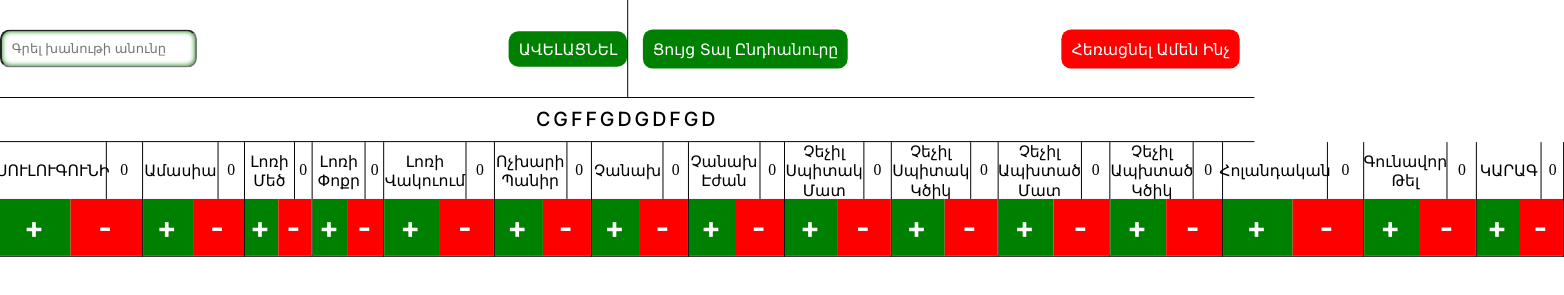
Repository: AbApin/amasia
Page: /
The author's editor kept a copy of each file at every save. The page is drawn from the files as they stood at one save, then again after the next save.
The browser window is 1280 px wide. The page is 1596 px wide, then 1280 px, so the pictures cover 1596 px, including what lies to the right of the window. The pictures show the whole page, at 98% of full size.
The project was rebuilt for these pictures with package versions that can differ from the ones it lists, and the page was loaded fresh each time. Also part of the build but not shown: vue.config.js.

Above is the page before, as saved 2023-02-03 12:00:14.

### public/index.html
<!DOCTYPE html>
<html lang="">
  <head>
    <meta charset="utf-8" />
    <meta http-equiv="X-UA-Compatible" content="IE=edge" />
    <meta name="viewport" content="width=device-width,initial-scale=1.0" />
    <link rel="icon" href="<%= BASE_URL %>favicon.ico" />
    <title><%= htmlWebpackPlugin.options.title %></title>
    <link
      href="https://fonts.googleapis.com/css?family=Inter:100,200,300,regular,500,600,700,800,900"
      rel="stylesheet"
    />
  </head>
  <body>
    <noscript>
      <strong
        >We're sorry but <%= htmlWebpackPlugin.options.title %> doesn't work properly without
        JavaScript enabled. Please enable it to continue.</strong
      >
    </noscript>
    <div id="app"></div>
    <!-- built files will be auto injected -->
  </body>
</html>

### src/main.js
import Vue from 'vue';
import App from './App.vue';
import store from './store';
store.subscribe((mutation, state) => {
  localStorage.setItem('xanutner', JSON.stringify(state.xanutner));
  localStorage.setItem('datarkXanutner', JSON.stringify(state.isEmpty));
});
Vue.config.productionTip = false;

new Vue({
  store,
  render: (h) => h(App),
}).$mount('#app');

### src/App.vue
<template>
  <div id="app">
    <div class="header">
      <div class="avelacnelXanut">
        <input type="text" class="avelacnelInput" placeholder="Գրել խանութի անունը">
        <button class="avelacnelBtn" @click="">Ավելացնել</button>
      </div>
      <div class="cuycTal">
        <button class="cuycTalBtn" @click="isClick = true">ցույց տալ ընդհանուրը</button>
        <button class="heracnelBtn" @click="REMOVEALL">հեռացնել ամեն ինչ</button>
      </div>
      <div v-show="isClick" class="endhanurQanak">
        <button @click="isClick = false" class="closeBtn">X</button>
        <div class="endhanurQanakInner" :class="!ISEMPTY ? 'ovAuto' : ''">
          <p v-if="ISEMPTY" class="noProducts">Ոչ մի ապրանք</p>
          <ul class="endhanurQanakiList">
            <li
              v-for="xanutiAnun in Object.keys(ZAKAZNER)"
              :key="xanutiAnun"
              class="endhanurQanakiListItem"
            >
              <p class="endhanurQanakiListItemXanutiAnun">{{ xanutiAnun }}</p>
              <ul class="endhanurApranqneriList">
                <li
                  v-for="endhanurApranq in ZAKAZNER[xanutiAnun]"
                  :key="endhanurApranq.anun"
                  class="endhanurApranqneriListItem"
                >
                  <p class="endhanurApranqneriListItemAnun">{{ endhanurApranq.anun }}</p>
                  <p class="endhanurApranqneriListItemQanak">{{ endhanurApranq.qanak }}</p>
                </li>
              </ul>
            </li>
          </ul>
        </div>
      </div>
    </div>
    <div class="content">
      <ul class="contentList">
        <li v-for="xanutiAnun in Object.keys(XANUTNER)" :key="xanutiAnun" class="contentItem">
          <p class="xanutiAnun">{{ xanutiAnun }}</p>
          <ul class="apranqneriList">
            <li
              v-for="(apranq, apranqiHamar) in XANUTNER[xanutiAnun]"
              :key="apranqiHamar"
              class="apranqneriListItem"
            >
              <div class="apranqiText">
                <p class="apranqiAnun">{{ apranq.anun }}</p>
                <p class="apranqiQanak">{{ apranq.qanak }}</p>
              </div>
              <div class="apranqiAvelPakas">
                <button class="plus apranqiBtn" @click="AVELACNEL({ xanutiAnun, apranqiHamar })">
                  +
                </button>
                <button class="minus apranqiBtn" @click="PAKASACNEL({ xanutiAnun, apranqiHamar })">
                  -
                </button>
              </div>
            </li>
          </ul>
        </li>
      </ul>
    </div>
  </div>
</template>

<script>
import { mapGetters, mapMutations } from 'vuex';
export default {
  name: 'App',
  components: {},
  data() {
    return {
      isClick: false,
    };
  },
  beforeMount() {
    this.INITIAL();
  },
  methods: {
    ...mapMutations(['AVELACNEL', 'PAKASACNEL', 'INITIAL', 'REMOVEALL']),
  },
  computed: {
    ...mapGetters(['XANUTNER', 'ZAKAZNER', 'ISEMPTY']),
  },
};
</script>

<style>
@import './app.css';
</style>

### src/store/index.js
import Vuex from 'vuex';
import Vue from 'vue';

Vue.use(Vuex);

const store = new Vuex.Store({
  state: {
    xanutner: {
      cgffgdgdfgd: [
        { anun: 'ՍՈՒԼՈՒԳՈՒՆԻ', qanak: 0 },
        { anun: 'Ամասիա', qanak: 0 },
        { anun: 'Լոռի մեծ', qanak: 0 },
        { anun: 'Լոռի փոքր', qanak: 0 },
        { anun: 'Լոռի վակուում', qanak: 0 },
        { anun: 'Ոչխարի Պանիր', qanak: 0 },
        { anun: 'Չանախ', qanak: 0 },
        { anun: 'Չանախ էժան', qanak: 0 },
        { anun: 'Չեչիլ սպիտակ մատ', qanak: 0 },
        { anun: 'Չեչիլ սպիտակ կծիկ', qanak: 0 },
        { anun: 'Չեչիլ ապխտած մատ', qanak: 0 },
        { anun: 'Չեչիլ ապխտած կծիկ', qanak: 0 },
        { anun: 'Հոլանդական', qanak: 0 },
        { anun: 'Գունավոր Թել', qanak: 0 },
        { anun: 'ԿԱՐԱԳ', qanak: 0 },
      ],
    },
    isEmpty: true,
  },
  mutations: {
    AVELACNEL_XANUT(state, payload) {
      if (payload === '') {
        state.xanutner[payload] = [
          { anun: 'ՍՈՒԼՈՒԳՈՒՆԻ', qanak: 0 },
          { anun: 'Ամասիա', qanak: 0 },
          { anun: 'Լոռի մեծ', qanak: 0 },
          { anun: 'Լոռի փոքր', qanak: 0 },
          { anun: 'Լոռի վակուում', qanak: 0 },
          { anun: 'Ոչխարի Պանիր', qanak: 0 },
          { anun: 'Չանախ', qanak: 0 },
          { anun: 'Չանախ էժան', qanak: 0 },
          { anun: 'Չեչիլ սպիտակ մատ', qanak: 0 },
          { anun: 'Չեչիլ սպիտակ կծիկ', qanak: 0 },
          { anun: 'Չեչիլ ապխտած մատ', qanak: 0 },
          { anun: 'Չեչիլ ապխտած կծիկ', qanak: 0 },
          { anun: 'Հոլանդական', qanak: 0 },
          { anun: 'Գունավոր Թել', qanak: 0 },
          { anun: 'ԿԱՐԱԳ', qanak: 0 },
        ];
      }
    },
    AVELACNEL(state, payload) {
      state.xanutner[payload.xanutiAnun][payload.apranqiHamar].qanak += 1;
    },
    PAKASACNEL(state, payload) {
      let qanak = state.xanutner[payload.xanutiAnun][payload.apranqiHamar].qanak;
      if (qanak >= 1) {
        state.xanutner[payload.xanutiAnun][payload.apranqiHamar].qanak -= 1;
      }
      console.log(state.$getters.ZAKAZNER);
    },
    INITIAL(state) {
      if (localStorage.getItem('xanutner')) {
        state.xanutner = JSON.parse(localStorage.xanutner);
      } else if (localStorage.getItem('datarkXanutner')) {
        state.isEmpty = JSON.parse(localStorage.datarkXanutner);
      }
    },
    REMOVEALL(state) {
      Object.keys(state.xanutner).forEach((xanut) => {
        state.xanutner[xanut].map((el) => {
          el.qanak = 0;
        });
      });
      state.isEmpty = true;
    },
  },
  getters: {
    XANUTNER(state) {
      localStorage.setItem('key', JSON.stringify(state));
      return state.xanutner;
    },
    ZAKAZNER(state) {
      let zakazner = {};
      Object.keys(state.xanutner).forEach((xanut) => {
        zakazner[xanut] = state.xanutner[xanut].filter(function (el) {
          return el.qanak > 0;
        });
        if (zakazner[xanut].length === 0) {
          delete zakazner[xanut];
        }
      });
      Object.keys(zakazner).forEach((zakaz) => {
        if (zakazner[zakaz].length === 0) {
          state.isEmpty = true;
        } else {
          state.isEmpty = false;
        }
      });

      return zakazner;
    },
    ISEMPTY(state) {
      return state.isEmpty;
    },
  },
});

export default store;

### src/app.css
*,
*::after,
*::before {
  margin: 0;
  padding: 0;
  box-sizing: border-box;
}
ul {
  list-style: none;
}
#app {
  display: flex;
  flex-direction: column;
  min-height: 100vh;
}
.header {
  display: flex;
  justify-content: space-between;
  width: 100%;
  height: 100px;
  border-bottom: 1px solid #000;
}
.avelacnelXanut {
  display: flex;
  justify-content: space-between;
  width: 50%;
  gap: 20px;
  align-items: center;
}
.avelacnelBtn {
  font-family: 'Inter';
  font-size: 16px;
  line-height: 1;
  text-transform: uppercase;
  border: none;
  padding: 10px;
  background: green;
  color: #fff;
  border-radius: 10px;
}
.avelacnelInput {
  padding: 10px;
  border-radius: 10px;
  outline: none;
  box-shadow: inset 0 0 5px green;
}
.contentList {
  display: flex;
  flex-direction: column;
}
.contentItem {
  display: flex;
  flex-direction: column;
  justify-content: space-between;
}
.xanutiAnun {
  display: flex;
  align-items: center;
  justify-content: center;
  width: 100%;
  font-family: 'Inter';
  font-size: 20px;
  font-weight: 500;
  letter-spacing: 3px;
  word-wrap: break-word;
  padding: 10px;
  border: 1px solid #000;
  border-top: 0;
  border-left: 0;
  border-right: 0;
  text-transform: uppercase;
}
.apranqneriList {
  width: 100%;
  display: flex;
  justify-content: space-between;
}
.apranqneriListItem {
  display: flex;
  flex-direction: column;
  flex: 1 1 0;
  border: 1px solid #000;
  border-top: 0;
  border-left: 0;
}
.apranqiText {
  display: flex;
  justify-content: space-between;
  align-items: center;
  height: 50%;
}
.apranqiAnun {
  display: flex;
  align-items: center;
  justify-content: center;
  font-family: 'Inter';
  font-size: 16px;
  font-weight: 500;
  word-wrap: break-word;
  text-align: center;
  width: 75%;
  border-right: 1px solid #000;
  height: 100%;
  padding: 10px 5px;
  text-transform: capitalize;
}
.apranqiQanak {
  display: flex;
  justify-content: center;
  align-items: center;
  width: 25%;
  height: 100%;
  padding: 10px 5px;
}
.apranqiAvelPakas {
  display: flex;
  justify-content: space-between;
  width: 100%;
  height: 50%;
}
.apranqiBtn {
  display: inline-flex;
  justify-content: center;
  align-items: center;
  font-family: 'Inter';
  font-size: 30px;
  font-weight: 700;
  letter-spacing: 3px;
  border: none;
  color: #fff;
  width: 50%;
  cursor: pointer;
}
.plus {
  background: green;
}
.minus {
  background: red;
}
.cuycTal {
  width: 50%;
  display: flex;
  align-items: center;
  justify-content: space-between;
  gap: 10px;
  padding: 15px;
  border-left: 1px solid #000;
}
.heracnelBtn,
.cuycTalBtn {
  display: inline-block;
  font-family: 'Inter';
  font-size: 16px;
  padding: 10px;
  border-radius: 10px;
  border: none;
  color: #fff;
  text-transform: capitalize;
  cursor: pointer;
  transition: all 0.3s linear;
}
.heracnelBtn {
  background: red;
}
.cuycTalBtn {
  background: green;
}

/* endahnur */
.endhanurQanak {
  display: flex;
  justify-content: center;
  align-items: center;
  position: fixed;
  z-index: 999;
  top: 0;
  left: 0;
  width: 100%;
  height: 100%;
  background-color: rgba(0, 0, 0, 0.7);
}
.endhanurQanakInner {
  width: 90%;
  height: 90%;
  background: #fff;
  box-shadow: 0 0 10px #fff;
  border-radius: 20px;
}
.ovAuto {
  overflow: auto;
}
.endhanurQanakiList {
  display: flex;
  flex-direction: column;
  justify-content: space-between;
  height: 100%;
}
.endhanurQanakiListItem {
  display: flex;
  align-items: center;
  flex: 1 1 0;
  border-bottom: 1px solid #000;
}
.endhanurQanakiListItem:last-child {
  border-bottom: none;
}
.endhanurQanakiListItemXanutiAnun {
  border-right: 1px solid #000;
  width: 10%;
  display: flex;
  align-items: center;
  justify-content: center;
  height: 100%;
  font-family: 'Inter';
  font-size: 18px;
  letter-spacing: 1px;
  text-transform: capitalize;
}
.endhanurApranqneriList {
  height: 100%;
  width: 90%;
  display: flex;
  flex-direction: column;
  justify-content: space-between;
  overflow: auto;
}
.endhanurApranqneriListItem {
  display: flex;
  gap: 10px;
  flex: 1 1 0;
  align-items: center;
  justify-content: flex-start;
  padding: 10px;
  border-bottom: 1px solid #000;
}
.endhanurApranqneriListItem:last-child {
  border-bottom: none;
}
.endhanurApranqneriListItemQanak {
  color: red;
  font-size: 25px;
  font-family: 'Inter';
  font-weight: 700;
}
.endhanurApranqneriListItemAnun {
  font-weight: bold;
  font-size: 20px;
}
.noProducts {
  display: flex;
  justify-content: center;
  align-items: center;
  font-size: 2rem;
  font-family: 'Inter';
  font-style: italic;
  font-weight: 700;
  width: 100%;
  height: 100%;
  padding: 20px;
}
.closeBtn {
  display: inline-block;
  color: #fff;
  font-size: 25px;
  position: absolute;
  right: 15px;
  top: 5px;
  background: transparent;
  border: none;
  cursor: pointer;
}

@media screen and (max-width: 767px) {
  .header {
    flex-direction: column-reverse;
    height: 150px;
  }
  .avelacnelXanut {
    padding: 20px;
    height: 50%;
    width: 100%;
  }
  .cuycTal {
    width: 100%;
    height: 50%;
    gap: 5px;
    padding: 10px;
    border: 0;
    border-bottom: 1px solid #000;
  }
  .apranqneriList {
    overflow: auto;
  }
  .apranqneriListItem {
    min-width: 200px;
  }
  .endhanurQanakiListItemXanutiAnun {
    width: 50%;
    letter-spacing: 0;
    font-size: 16px;
    padding: 5px;
  }
}

After the next save:
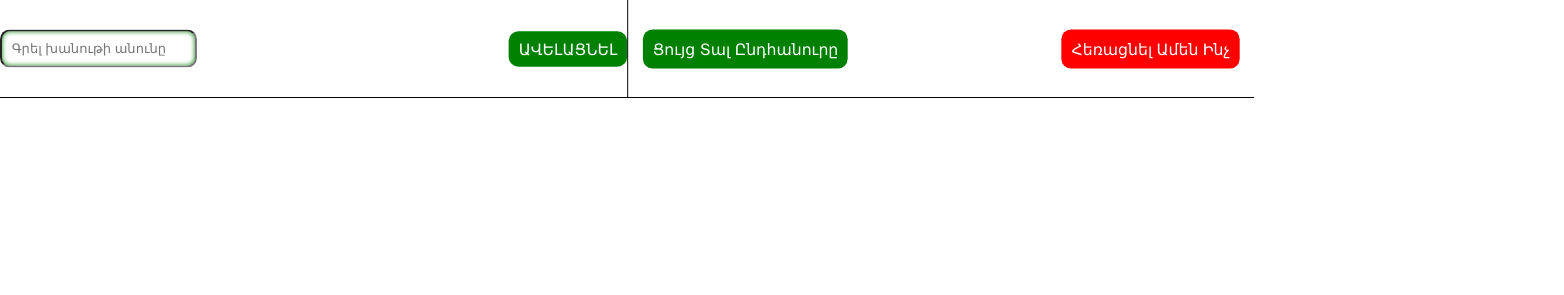
Saved 12 s later.
--- a/src/store/index.js
+++ b/src/store/index.js
@@ -5,25 +5,7 @@ Vue.use(Vuex);
 
 const store = new Vuex.Store({
   state: {
-    xanutner: {
-      cgffgdgdfgd: [
-        { anun: 'ՍՈՒԼՈՒԳՈՒՆԻ', qanak: 0 },
-        { anun: 'Ամասիա', qanak: 0 },
-        { anun: 'Լոռի մեծ', qanak: 0 },
-        { anun: 'Լոռի փոքր', qanak: 0 },
-        { anun: 'Լոռի վակուում', qanak: 0 },
-        { anun: 'Ոչխարի Պանիր', qanak: 0 },
-        { anun: 'Չանախ', qanak: 0 },
-        { anun: 'Չանախ էժան', qanak: 0 },
-        { anun: 'Չեչիլ սպիտակ մատ', qanak: 0 },
-        { anun: 'Չեչիլ սպիտակ կծիկ', qanak: 0 },
-        { anun: 'Չեչիլ ապխտած մատ', qanak: 0 },
-        { anun: 'Չեչիլ ապխտած կծիկ', qanak: 0 },
-        { anun: 'Հոլանդական', qanak: 0 },
-        { anun: 'Գունավոր Թել', qanak: 0 },
-        { anun: 'ԿԱՐԱԳ', qanak: 0 },
-      ],
-    },
+    xanutner: {},
     isEmpty: true,
   },
   mutations: {
